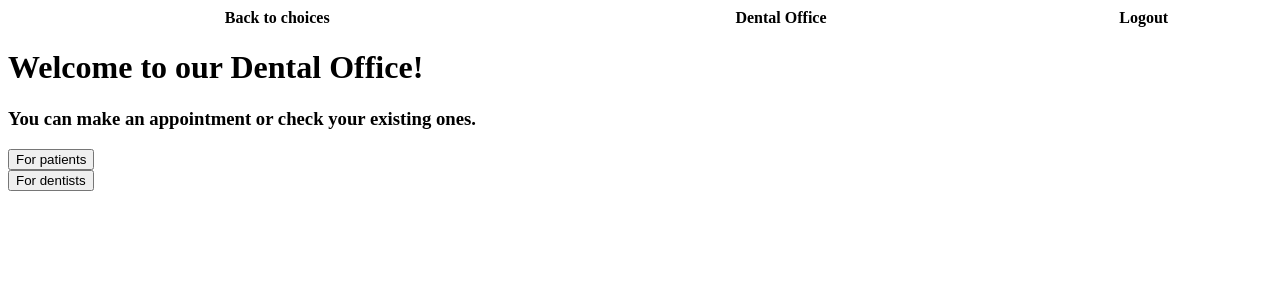
Repository: ThEgIGN/DentalOfficeWebApplication
Page: http://localhost/DentalOfficeWEB/
An editor plug-in stored every save of this project. The page is shown before and after the next save, followed by the edit.
The browser window is 1280 px wide. The pictures show the whole page.
The page is served by Tomcat 9. Nobody is signed in. The application's start-up code is not run.

Above is the page before, as saved 2023-06-16 10:03:40.

After the next save:
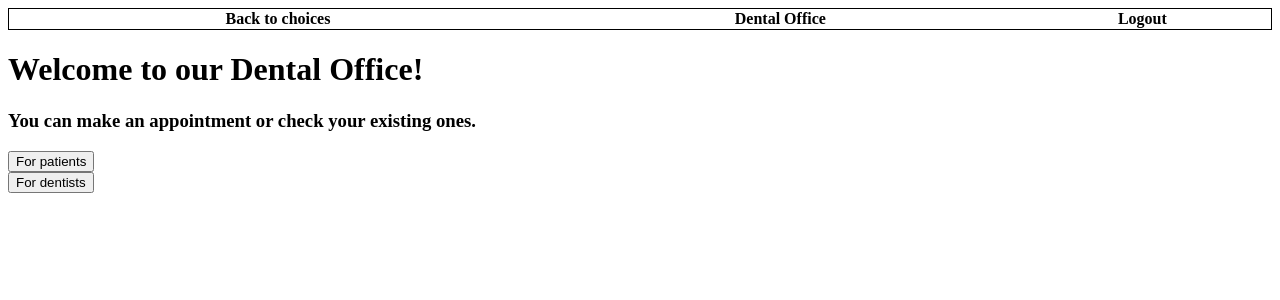
Saved 33 s later.
--- a/DentalOfficeProject/DentalOfficeWEB/src/main/webapp/index.jsp
+++ b/DentalOfficeProject/DentalOfficeWEB/src/main/webapp/index.jsp
@@ -7,7 +7,7 @@
 <title>Dental Office Name</title>
 </head>
 <body>
-	<table style="width: 100%;border-collapse: collapse;">
+	<table style="width: 100%;border-collapse: collapse;border: 1px solid;">
 		<tr>
 			<th>Back to choices</th>
 			<th>Dental Office</th>
